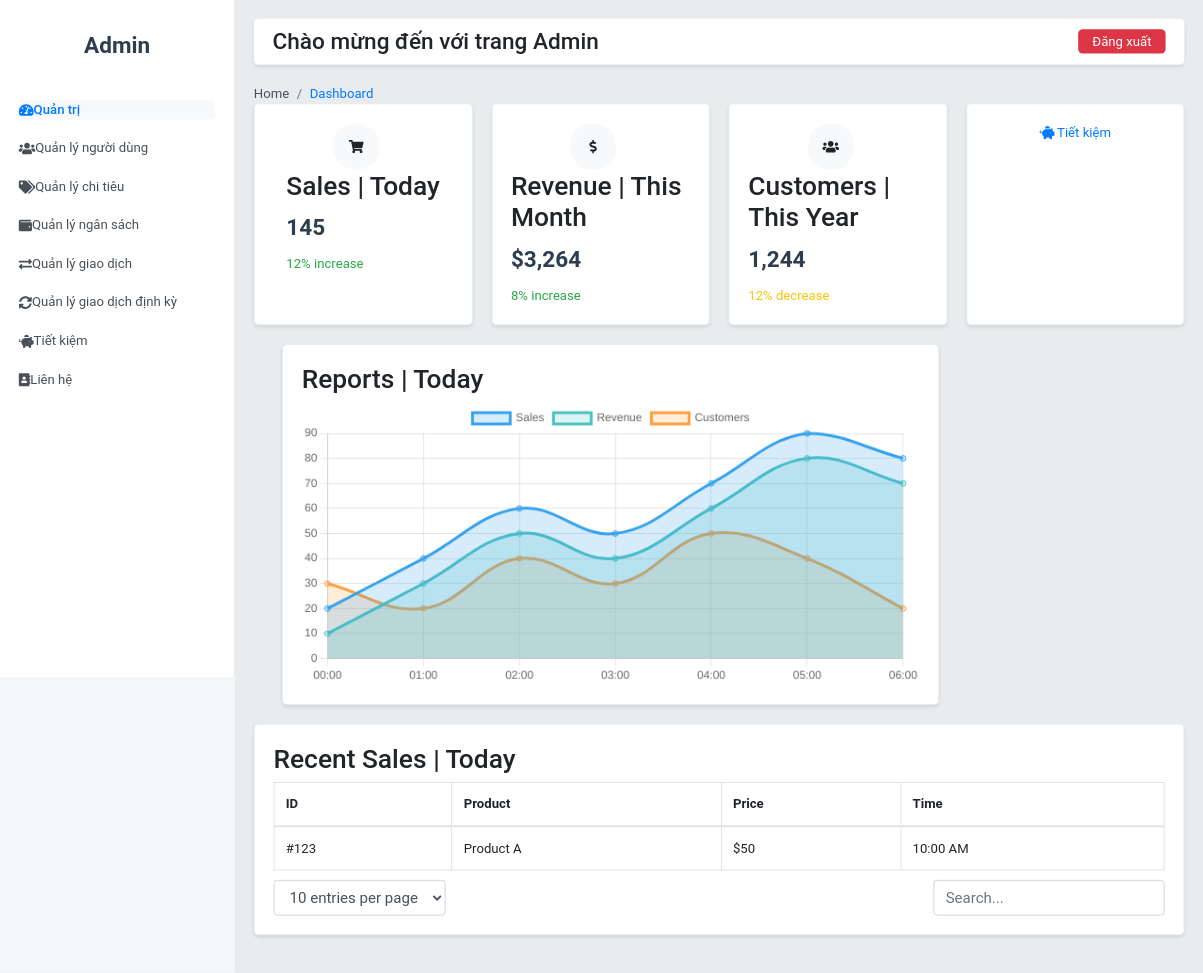
Repository: PhanVanHoa051204/Project3
Page: http://localhost/Project3/dashboard.jsp
The author's editor kept a copy of each file at every save. The page is drawn from the files as they stood at one save, then again after the next save.
The browser window is 1280 px wide. The pictures show the whole page, at 94% of full size.
The page is served by Tomcat 9. Other server files are loaded and not shown.

Above is the page before, as saved 2025-03-15 00:23:58.
Console error: TypeError: Cannot read properties of null (reading 'getContext')

### PhanVanHoa_2210900023_K22CNT1/Project3/src/main/webapp/dashboard.jsp
<%@ page language="java" contentType="text/html; charset=UTF-8"
	pageEncoding="UTF-8"%>
<!DOCTYPE html>
<html lang="en">
<head>
<meta charset="UTF-8">
<meta name="viewport" content="width=device-width, initial-scale=1.0">
<title>Admin</title>
<link rel="stylesheet"
	href="https://cdn.jsdelivr.net/npm/bootstrap@4.5.3/dist/css/bootstrap.min.css">
<script src="https://cdn.jsdelivr.net/npm/chart.js"></script>
<script
	src="https://cdnjs.cloudflare.com/ajax/libs/font-awesome/5.15.4/js/all.min.js"></script>
<link rel="stylesheet" href="style.css">
<script src="https://cdn.jsdelivr.net/npm/chart.js"></script>
</head>
<body>
	<div class="container-fluid">
		<div class="row">
			<!-- Sidebar -->
			<div class="sidebar">
				<div class="logo">Admin</div>
				<ul>
					<li class="active"><a href="#"><i
							class="fas fa-tachometer-alt"></i> Quản trị</a></li>
					<li><a
						href="${pageContext.request.contextPath}/NguoiDung/users.jsp"><i
							class="fas fa-users"></i> Quản lý người dùng</a></li>
					<li><a
						href="${pageContext.request.contextPath}/ChiTieu/categories.jsp"><i
							class="fas fa-tags"></i> Quản lý chi tiêu</a></li>
					<li><a
						href="${pageContext.request.contextPath}/NganSach/budgets.jsp"><i
							class="fas fa-wallet"></i> Quản lý ngân sách</a></li>
					<li><a
						href="${pageContext.request.contextPath}/GiaoDich/transactions.jsp"><i
							class="fas fa-exchange-alt"></i> Quản lý giao dịch</a></li>
					<li><a
						href="${pageContext.request.contextPath}/GDDinhKy/recurringtransactions.jsp"><i
							class="fas fa-sync-alt"></i> Quản lý giao dịch định kỳ</a></li>
					<li><a
						href="${pageContext.request.contextPath}/TietKiem/goals.jsp"><i
							class="fas fa-piggy-bank"></i> Tiết kiệm</a></li>
					<li><a href="https://web.facebook.com/PhanHoa05122004"><i
							class="fas fa-address-book"></i> Liên hệ</a></li>
				</ul>
			</div>

			<!-- Main Content -->
			<div class="main-content">
				<header>
					<div class="">
						<h1>Chào mừng đến với trang Admin</h1>
					</div>
					<div class="submit-section">
						<a href="login.jsp" class="logout-btn">Đăng xuất</a>
					</div>
				</header>

				<!-- Dashboard Content -->
				<div class="dashboard-content">
					<nav aria-label="breadcrumb">
						<ol class="breadcrumb">
							<li class="breadcrumb-item"><a href="dashboard.jsp">Home</a></li>
							<li class="breadcrumb-item active" aria-current="page">Dashboard</li>
						</ol>
					</nav>

					<div class="cards">
						<div class="card stats-card">
							<div class="card-icon">
								<i class="fas fa-shopping-cart"></i>
							</div>
							<div class="card-content">
								<h3>Sales | Today</h3>
								<p class="stats-value">145</p>
								<span class="stats-change text-success">12% increase</span>
							</div>
						</div>
						<div class="card stats-card">
							<div class="card-icon">
								<i class="fas fa-dollar-sign"></i>
							</div>
							<div class="card-content">
								<h3>Revenue | This Month</h3>
								<p class="stats-value">$3,264</p>
								<span class="stats-change text-success">8% increase</span>
							</div>
						</div>
						<div class="card stats-card">
							<div class="card-icon">
								<i class="fas fa-users"></i>
							</div>
							<div class="card-content">
								<h3>Customers | This Year</h3>
								<p class="stats-value">1,244</p>
								<span class="stats-change text-warning">12% decrease</span>
							</div>
						</div>
						<div class="card stats-card">
							<div class="card-content">
								<a href="${pageContext.request.contextPath}/TietKiem/goals.jsp" class=""><i
									class="fas fa-piggy-bank"></i> Tiết kiệm</a>
							</div>
						</div>
					</div>

					<div class="col-md-10">
						<div class="col-md-11">
							<div class="chart-section">
								<h3>Reports | Today</h3>
								<canvas id="reportsChart"></canvas>
							</div>
						</div>

					</div>

					<div class="recent-sales">
						<h3>Recent Sales | Today</h3>
						<table class="table table-bordered">
							<thead>
								<tr>
									<th>ID</th>
									<th>Product</th>
									<th>Price</th>
									<th>Time</th>
								</tr>
							</thead>
							<tbody>
								<tr>
									<td>#123</td>
									<td>Product A</td>
									<td>$50</td>
									<td>10:00 AM</td>
								</tr>
							</tbody>
						</table>
						<div class="table-footer">
							<select class="form-control d-inline-block w-auto">
								<option>10 entries per page</option>
							</select> <input type="text"
								class="form-control d-inline-block w-auto ml-2"
								placeholder="Search...">
						</div>
					</div>
				</div>
			</div>
		</div>
	</div>

	<!-- Scripts -->
	<script>
		// Reports Chart
		const reportsCtx = document.getElementById('reportsChart').getContext(
				'2d');
		new Chart(reportsCtx, {
			type : 'line',
			data : {
				labels : [ '00:00', '01:00', '02:00', '03:00', '04:00',
						'05:00', '06:00' ],
				datasets : [ {
					label : 'Sales',
					data : [ 20, 40, 60, 50, 70, 90, 80 ],
					borderColor : 'rgba(54, 162, 235, 1)',
					backgroundColor : 'rgba(54, 162, 235, 0.2)',
					fill : true,
					tension : 0.4
				}, {
					label : 'Revenue',
					data : [ 10, 30, 50, 40, 60, 80, 70 ],
					borderColor : 'rgba(75, 192, 192, 1)',
					backgroundColor : 'rgba(75, 192, 192, 0.2)',
					fill : true,
					tension : 0.4
				}, {
					label : 'Customers',
					data : [ 30, 20, 40, 30, 50, 40, 20 ],
					borderColor : 'rgba(255, 159, 64, 1)',
					backgroundColor : 'rgba(255, 159, 64, 0.2)',
					fill : true,
					tension : 0.4
				} ]
			},
			options : {
				scales : {
					y : {
						beginAtZero : true
					}
				}
			}
		});

		// Budget Chart (Radar Chart)
		const budgetCtx = document.getElementById('budgetChart').getContext(
				'2d');
		new Chart(budgetCtx, {
			type : 'radar',
			data : {
				labels : [ 'Administration', 'Marketing', 'Development',
						'Sales', 'on Technology' ],
				datasets : [ {
					label : 'Allocated Budget',
					data : [ 65, 59, 80, 81, 56 ],
					backgroundColor : 'rgba(54, 162, 235, 0.2)',
					borderColor : 'rgba(54, 162, 235, 1)',
					borderWidth : 2
				}, {
					label : 'Actual Spending',
					data : [ 28, 48, 40, 19, 86 ],
					backgroundColor : 'rgba(75, 192, 192, 0.2)',
					borderColor : 'rgba(75, 192, 192, 1)',
					borderWidth : 2
				} ]
			},
			options : {
				scales : {
					r : {
						beginAtZero : true
					}
				}
			}
		});
	</script>
</html>

### PhanVanHoa_2210900023_K22CNT1/Project3/src/main/webapp/style.css
* {
    margin: 0;
    padding: 0;
    box-sizing: border-box;
    font-family: 'Roboto', sans-serif;
}

body {
    background-color: #f4f6f9;
    font-size: 14px;
    min-height: 100vh;
    overflow-x: hidden;
}

.container-fluid {
    padding: 0;
}

.row {
    margin: 0;
}

/* Sidebar */
.sidebar {
    width: 250px;
    background-color: #fff;
    padding: 20px 0;
    border-right: 1px solid #e9ecef;
    height: 100vh;
    position: fixed;
    top: 0;
    left: 0;
    overflow-y: auto;
    z-index: 1000;
}

.logo {
    font-size: 24px;
    font-weight: 700;
    color: #2c3e50;
    text-align: center;
    padding: 10px 0;
    margin-bottom: 20px;
}

.sidebar ul {
    list-style: none;
    padding: 0;
}

.sidebar ul li {
    padding: 10px 20px;
}

.sidebar ul li a {
    color: #495057;
    text-decoration: none;
    display: flex;
    align-items: center;
    transition: all 0.3s;
}

.sidebar ul li a i {
    margin-right: 10px;
}

.sidebar ul li.active a, .sidebar ul li a:hover {
    color: #007bff;
    background-color: #f8f9fa;
    border-radius: 5px;
}

.sidebar ul li.active a {
    font-weight: 500;
}

/* Main Content */
.main-content {
    margin-left: 250px;
    padding: 20px;
    flex: 1;
    min-height: 100vh;
    background-color: #e9ecef;
    overflow-y: auto;
    position: relative;
    z-index: 1;
}

header {
    display: flex;
    justify-content: space-between;
    align-items: center;
    margin-bottom: 20px;
    background: #fff;
    padding: 10px 20px;
    border-radius: 5px;
    box-shadow: 0 2px 4px rgba(0, 0, 0, 0.1);
    position: sticky;
    top: 0;
    z-index: 10;
}

header h1 {
    margin: 0;
    font-size: 24px;
}

.submit-section .logout-btn {
    padding: 5px 15px;
    background-color: #dc3545;
    color: #fff;
    text-decoration: none;
    border-radius: 5px;
}

.submit-section .logout-btn:hover {
    background-color: #c82333;
}

.dashboard-content {
    padding: 0;
}

.breadcrumb {
    background: transparent;
    padding: 0;
    margin: 0;
}

.breadcrumb-item a {
    color: #495057;
}

.breadcrumb-item.active {
    color: #007bff;
}

.cards {
    display: flex;
    justify-content: space-between;
    margin-bottom: 20px;
    gap: 20px;
    flex-wrap: wrap;
}

.card {
    background: #fff;
    border: 1px solid #e9ecef;
    border-radius: 5px;
    padding: 20px;
    box-shadow: 0 2px 4px rgba(0, 0, 0, 0.1);
    flex: 1;
    min-width: 200px;
    display: flex;
    align-items: center;
    transition: transform 0.3s;
}

.card:hover {
    transform: translateY(-5px);
}

.card-icon {
    width: 50px;
    height: 50px;
    background: #f8f9fa;
    border-radius: 50%;
    display: flex;
    align-items: center;
    justify-content: center;
    margin-right: 15px;
}

.card-icon i {
    font-size: 24px;
    color: #6c757d;
}

.card-content {
    flex: 1;
    text-align: left;
}

.stats-value {
    font-size: 24px;
    font-weight: 700;
    color: #2c3e50;
    margin: 10px 0;
}

.stats-change {
    font-size: 14px;
    display: block;
}

.text-success {
    color: #28a745;
}

.text-warning {
    color: #ffc107;
}

.chart-section {
    background: #fff;
    border: 1px solid #e9ecef;
    border-radius: 5px;
    padding: 20px;
    margin-bottom: 20px;
    box-shadow: 0 2px 4px rgba(0, 0, 0, 0.1);
}

.chart-section canvas {
    max-height: 300px;
    width: 100% !important; /* Đảm bảo canvas chiếm toàn bộ chiều rộng */
    height: auto !important; /* Tự động điều chỉnh chiều cao */
}

.recent-sales {
    background: #fff;
    border: 1px solid #e9ecef;
    border-radius: 5px;
    padding: 20px;
    margin-bottom: 20px;
    box-shadow: 0 2px 4px rgba(0, 0, 0, 0.1);
}

.table {
    margin-bottom: 0;
}

.table-footer {
    margin-top: 10px;
    display: flex;
    justify-content: space-between;
}

After the next save:
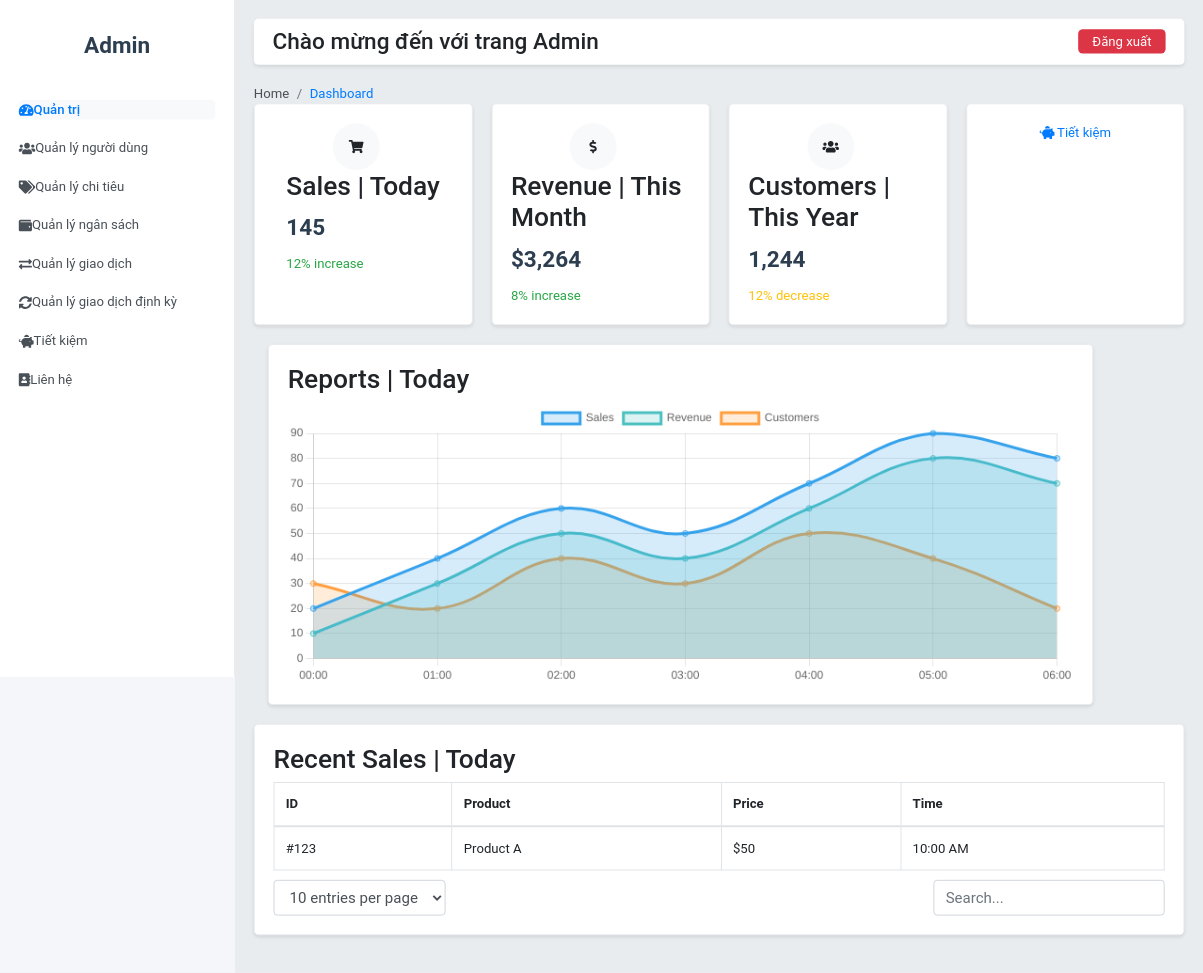
Saved 14 s later.
--- a/PhanVanHoa_2210900023_K22CNT1/Project3/src/main/webapp/dashboard.jsp
+++ b/PhanVanHoa_2210900023_K22CNT1/Project3/src/main/webapp/dashboard.jsp
@@ -105,7 +105,7 @@
 						</div>
 					</div>
 
-					<div class="col-md-10">
+					<div class="row">
 						<div class="col-md-11">
 							<div class="chart-section">
 								<h3>Reports | Today</h3>
